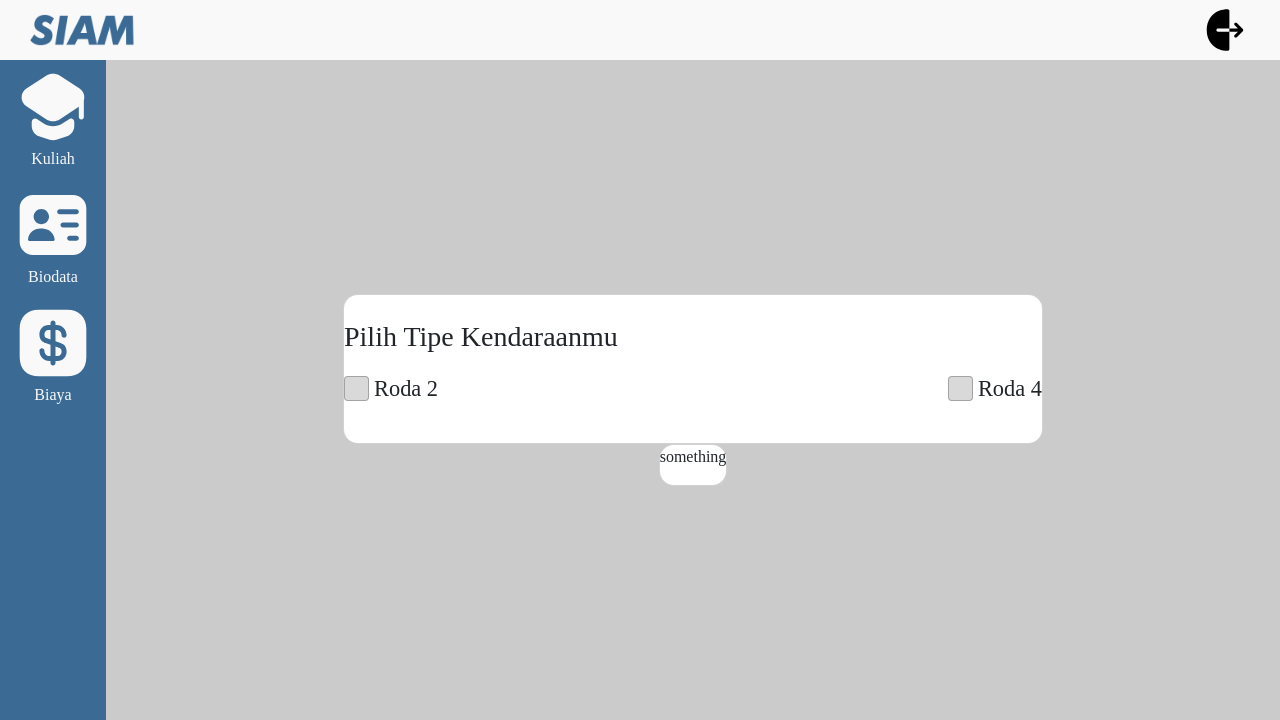
Repository: haikalirf/Project-IMK
Page: parkir.html
An editor plug-in stored every save of this project. The page is shown before and after the next save, followed by the edit.
The browser window is 1280 px wide. The pictures show the whole page.
Some web fonts or font styles are not loaded; a fallback is used.

Above is the page before, as saved 2022-12-12 22:40:43.

### parkir.html
<!DOCTYPE html>
<html lang="en">
<head>
	<meta charset="UTF-8">
	<meta http-equiv="X-UA-Compatible" content="IE=edge">
	<meta name="viewport" content="width=device-width, initial-scale=1.0">
	<title>SIAM</title>
	<link rel="icon" href="/assets/logo_ub.ico">
	<link rel="stylesheet" href="https://cdn.jsdelivr.net/npm/bootstrap@5.2.3/dist/css/bootstrap.min.css" integrity="sha384-rbsA2VBKQhggwzxH7pPCaAqO46MgnOM80zW1RWuH61DGLwZJEdK2Kadq2F9CUG65" crossorigin="anonymous">
	<link rel="stylesheet" href="/styles/parkir.css">
</head>
<body>
	<nav class="navbar" id="navbar">
		<a class="navbar-brand" href="/kuliah.html">
			<img id="navbar-image" src="/assets/SIAM.png" alt="SIAM">
		</a>
		<a class="navbar-link" href="landing.html">
			<img id="navbar-image" src="/assets/Logout.svg" alt="Logout">
		</a>
	</nav>
	<div class="mh-100" id="sidebar">
		<a class="btn" href="">
			<img id="sidebar-kuliah" src="/assets/Kuliah Logo.svg" alt="Kuliah">
			<label for="sidebar-kuliah">Kuliah</label>
		</a>
		<a class="btn" href="">
			<img id="sidebar-biodata" src="/assets/Biodata Logo.svg" alt="Biodata">
			<label for="sidebar-biodata">Biodata</label>
		</a>
		<a class="btn" href="">
			<img id="sidebar-biaya" src="/assets/Biaya Logo.svg" alt="Biaya">
			<label for="sidebar-biaya">Biaya</label>
		</a>
	</div>
	<main>
		<div class="card" id="cardTop">
			<h3 class="card-judul">Pilih Tipe Kendaraanmu</h3>
			<div class="d-flex justify-content-between" id="formRoda">
				<div class="form-check d-flex">
					<input class="form-check-input check-roda" type="checkbox" value="" id="checkRodaDua">
					<label class="form-check-label label-roda" for="checkRodaDua">
						Roda 2
					</label>
				</div>
				<div class="form-check d-flex">
					<input class="form-check-input check-roda" type="checkbox" value="" id="checkRodaEmpat">
					<label class="form-check-label label-roda" for="checkRodaEmpat">
						Roda 4
					</label>
				</div>
			</div>
		</div>
		<div class="card">
			<p>something</p>
		</div>
	</main>
	<script src="https://cdn.jsdelivr.net/npm/bootstrap@5.2.3/dist/js/bootstrap.bundle.min.js" integrity="sha384-kenU1KFdBIe4zVF0s0G1M5b4hcpxyD9F7jL+jjXkk+Q2h455rYXK/7HAuoJl+0I4" crossorigin="anonymous"></script>
</body>
</html>

### styles/parkir.css
/* CSS Reset */
/*
	Josh's Custom CSS Reset
	https://www.joshwcomeau.com/css/custom-css-reset/
*/
*, *::before, *::after {
	box-sizing: border-box;
}
  * {
	margin: 0;
}
html, body {
	height: 100%;
}
body {
	line-height: 1.5;
	-webkit-font-smoothing: antialiased;
}
img, picture, video, canvas, svg {
	display: block;
	max-width: 100%;
}
input, button, textarea, select {
	font: inherit;
}
p, h1, h2, h3, h4, h5, h6 {
	overflow-wrap: break-word;
}
#root, #__next {
	isolation: isolate;
}
/* CSS Reset ends */

body {
	background-color: #cbcbcb;
	font-family: 'readex';
	font-size: 16px;
}

@font-face {
	font-family: 'readex';
	src:url('/assets/fonts/ReadexPro-Medium.ttf');
}

#navbar {
	display: flex;
	justify-content: space-between;
	position: fixed;
	background-color: #f9f9f9;
	z-index: 1;
	width: 100%;
	padding: 0px 30px;
}

#navbar-image {
	height: 50px;
}

main {
	padding-top: 60px;
	padding-left: 106px;
	display: flex;
	flex-direction: column;
	justify-content: center;
	align-items: center;
	height: 100vh;
}

#sidebar {
	background-color: #3b6a94;
	display: flex;
	flex-direction: column;
	flex: 1;
	position: fixed;
	height: 100vh;
	padding-top: 60px;
}

#sidebar img {
	width: 80px;
	height: 80px;
}

a img, a label {
	color: #f9f9f9;
}

.card {
	border-radius: 15px;
}

#cardTop {
	width: 700px;
	height: 150px;
	display: flex;
	justify-content: center;
}

.card-judul {
	align
}

#formRoda {
	padding: 10px 0px;
}

.check-roda {
	width: 25px;
	height: 25px;
	background-color: #D9D9D9;
}

.label-roda {
	margin-left: 5px;
	font-size: 1.4em;
}

After the next save:
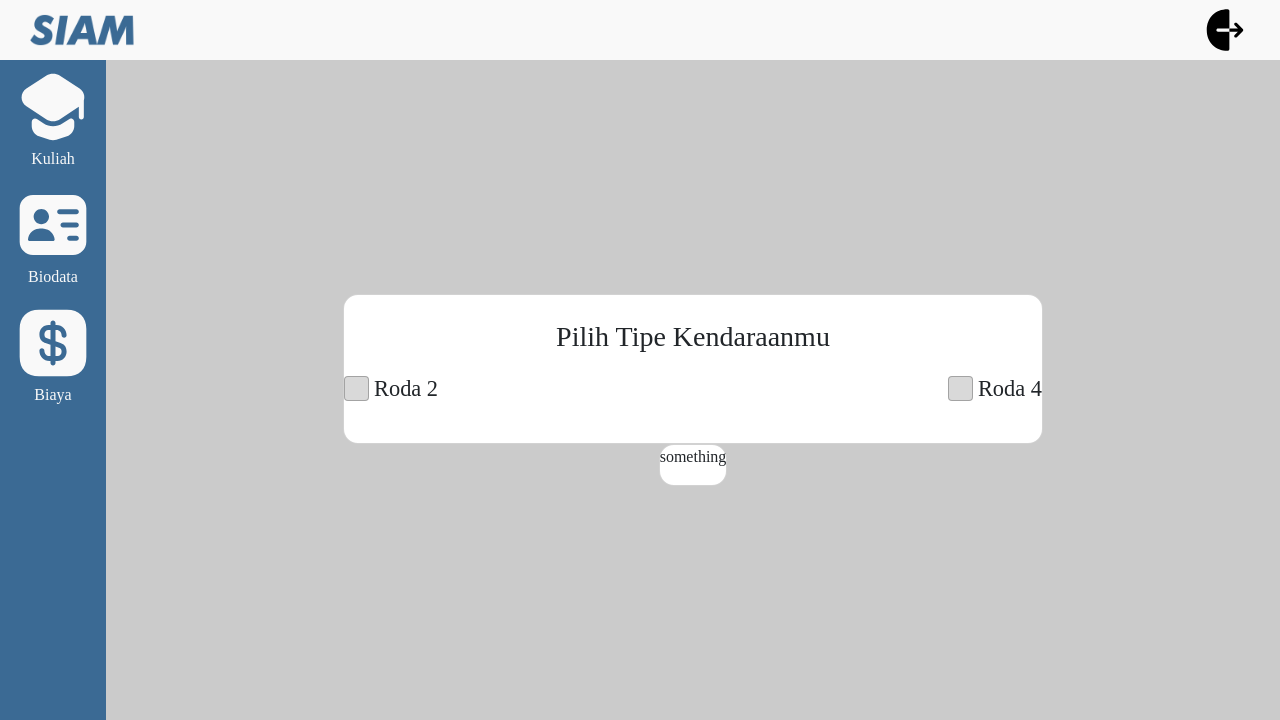
Saved 11 s later.
--- a/styles/parkir.css
+++ b/styles/parkir.css
@@ -97,7 +97,7 @@ a img, a label {
 }
 
 .card-judul {
-	align
+	align-self: center;
 }
 
 #formRoda {
